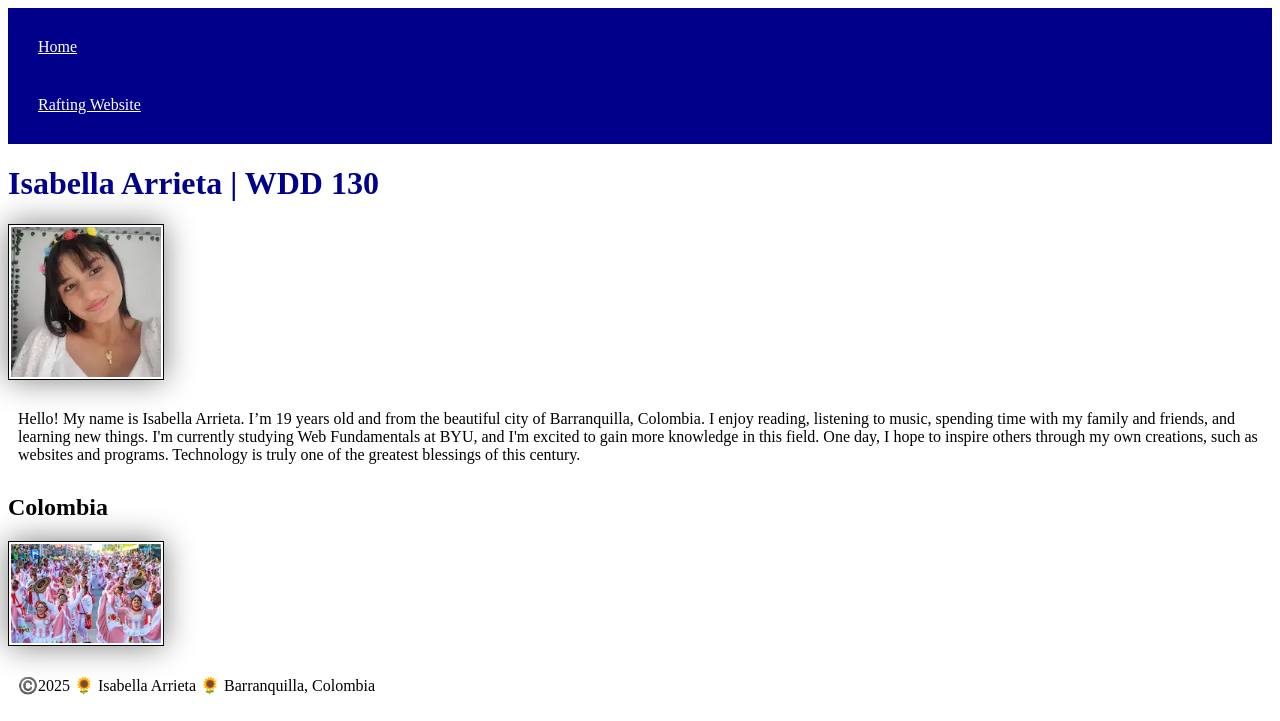
Repository: isaAJ05/wdd130
Page: index.html
These files come from the project's save history. The page is drawn as it stood at one moment and after the next save; the edit follows.
The browser window is 1280 px wide. The pictures show the whole page.

Above is the page before, as saved 2025-05-15 12:32:22.

After the next save:
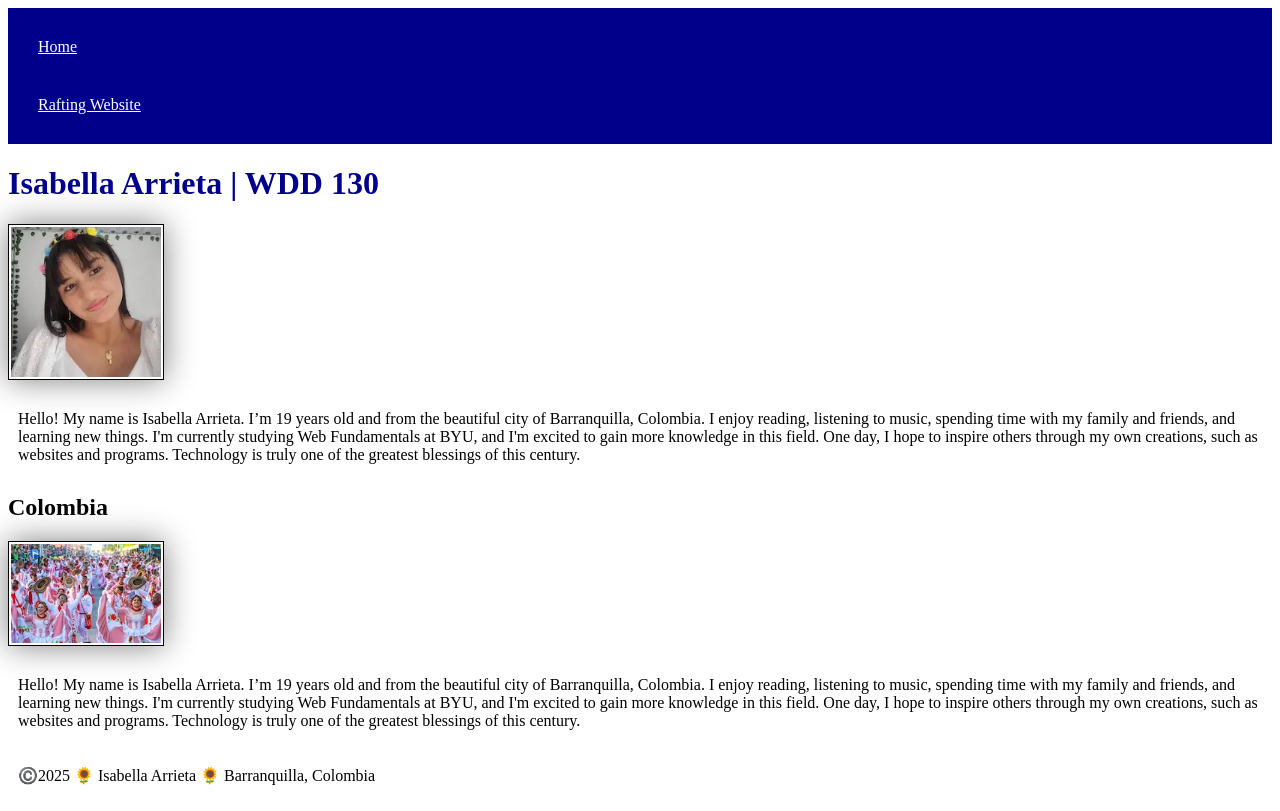
Saved 22 s later.
--- a/index.html
+++ b/index.html
@@ -23,6 +23,7 @@
         <aside>
             <h2>Colombia</h2>
             <img src="images/cumbia.webp" alt="Hello, my name is Isabella Arrieta Juliao" width="200">
+            <p>Hello! My name is Isabella Arrieta. I’m 19 years old and from the beautiful city of Barranquilla, Colombia. I enjoy reading, listening to music, spending time with my family and friends, and learning new things. I'm currently studying Web Fundamentals at BYU, and I'm excited to gain more knowledge in this field. One day, I hope to inspire others through my own creations, such as websites and programs. Technology is truly one of the greatest blessings of this century.</p>
         </aside>
         <footer>
             <p>©️2025 🌻 Isabella Arrieta 🌻 Barranquilla, Colombia</p>
